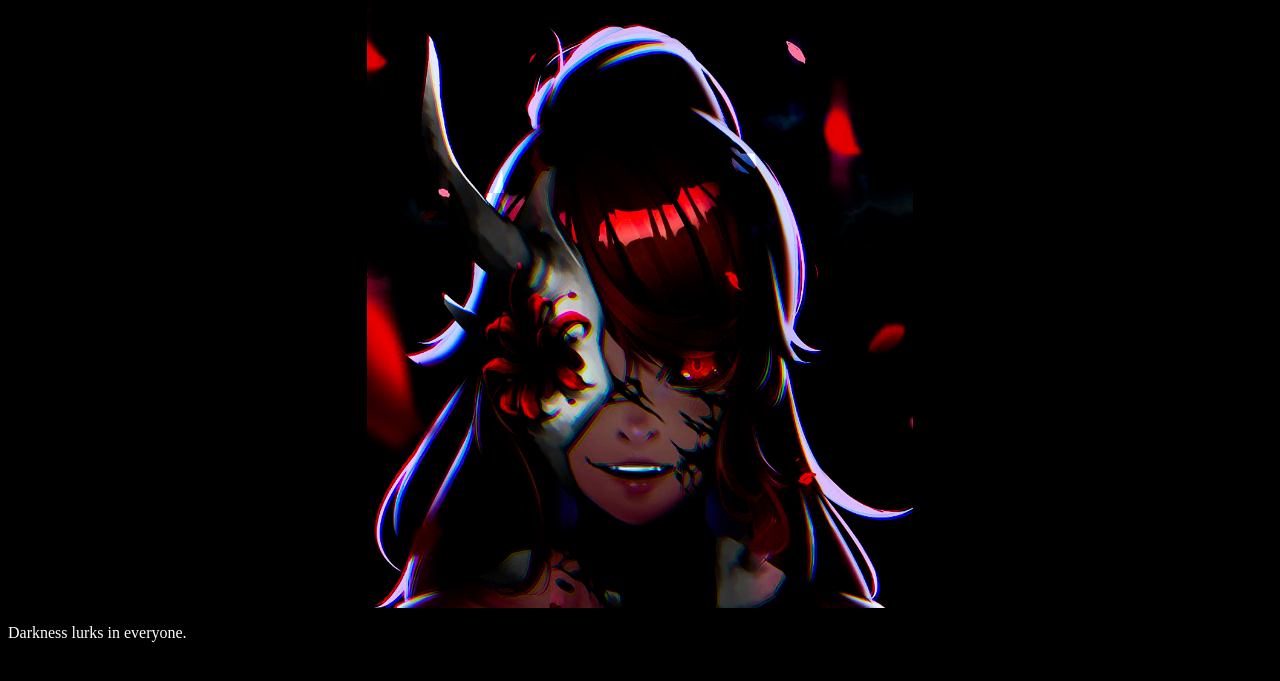
Repository: ralcocer1890/ralcocer1890.github.io
Page: my_website/hidden.html
The author's editor kept a record of every edit. The page is drawn from the files as they stood at one moment, then again after the next edit.
The browser window is 1280 px wide. The pictures show the whole page.

Above is the page before.

### my_website/hidden.html
 </head>
	  <body>
	      <img src="images/hidden.jpg" height="600">
	      <p style="color:white;">Darkness lurks in everyone.</p>
	     <body style="background-color: black;">

</body>
<style>
    img {
  display: block;
  margin-left: auto;
  margin-right: auto;
</style>
  </body>
	</html>

After the next edit:
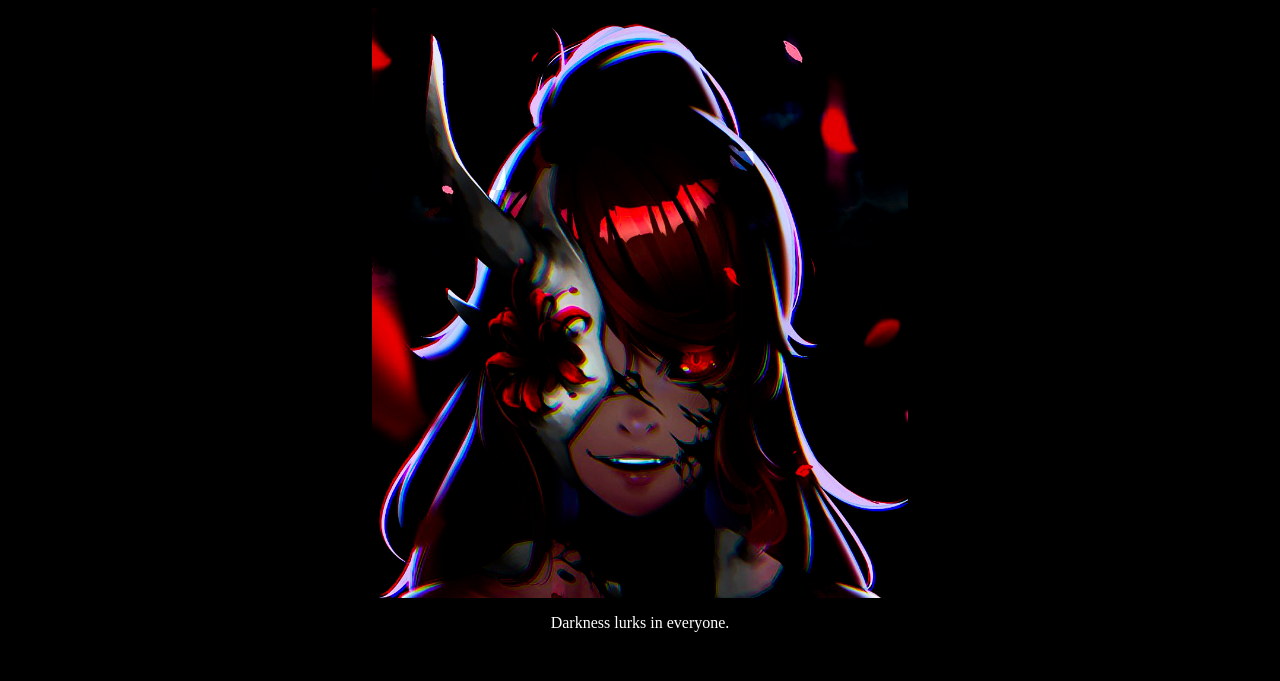
The edit:
--- a/my_website/hidden.html
+++ b/my_website/hidden.html
@@ -1,7 +1,7 @@
  </head>
 	  <body>
-	      <img src="images/hidden.jpg" height="600">
-	      <p style="color:white;">Darkness lurks in everyone.</p>
+	      <img src="images/hidden.jpg" height="590">
+	      <p style="text-align:center;color:white;">Darkness lurks in everyone.</p>
 	     <body style="background-color: black;">
 
 </body>
